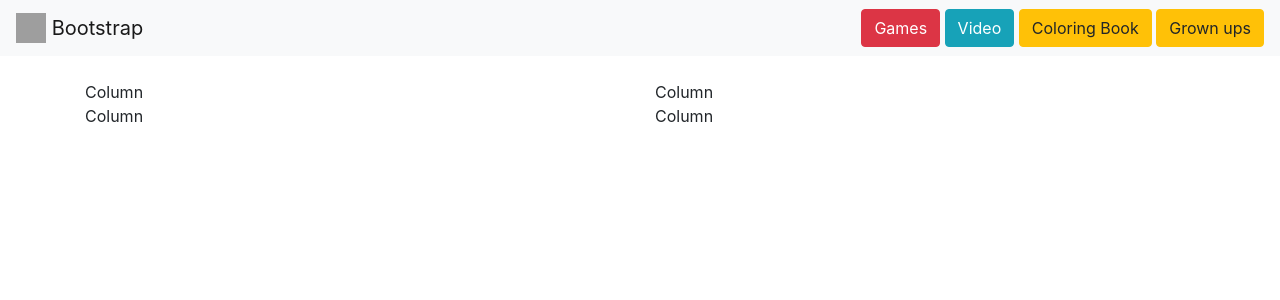
Repository: kkyler24/MCLA
Page: Home.html
The author's editor kept a copy of each file at every save. The page is drawn from the files as they stood at one save, then again after the next save.
The browser window is 1280 px wide. The pictures show the whole page.
Pictures or frames that could not be fetched are drawn as grey boxes. Some web libraries are served in a nearby version.

Above is the page before, as saved 2020-04-20 21:12:44.

After the next save:
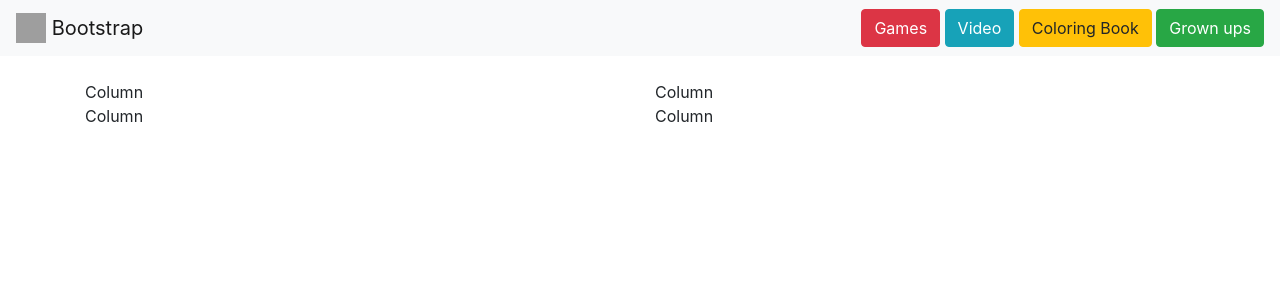
Saved 28 s later.
--- a/Home.html
+++ b/Home.html
@@ -24,7 +24,7 @@
       <button id="gamesBtn" type="button" class="btn btn-danger navbuttons">Games</button>
       <button id="videoBtn" type="button" class="btn btn-info navbuttons">Video</button>
       <button id="coloringBookBtn" type="button" class="btn btn-warning navbuttons">Coloring Book</button>
-      <button id="grownUpBtn" type="button" class="btn btn-warning navbuttons">Grown ups</button>
+      <button id="grownUpBtn" type="button" class="btn btn-success navbuttons">Grown ups</button>
       </div>
   </nav>
   <!-- Jumbotron -->
